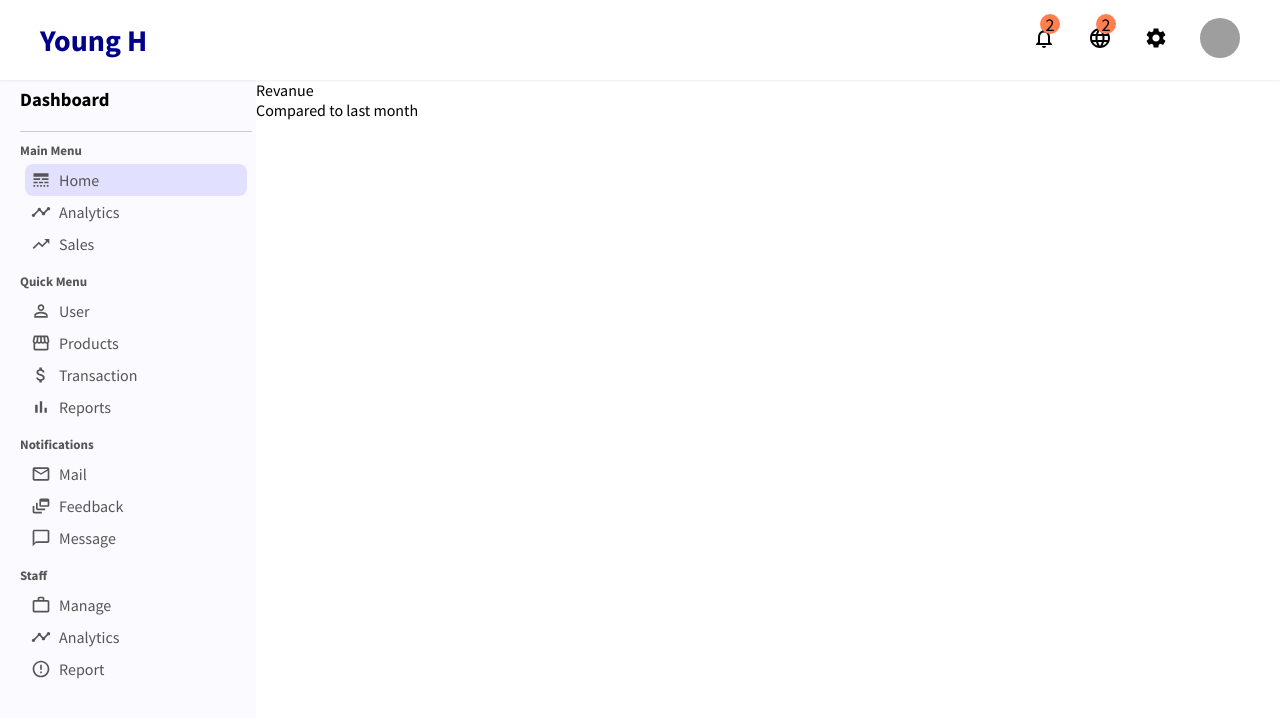
Repository: noname20011/admin
Page: /
The author's editor kept a copy of each file at every save. The page is drawn from the files as they stood at one save, then again after the next save.
The browser window is 1280 px wide. The pictures show the whole page.
Pictures or frames that could not be fetched are drawn as grey boxes. The project was rebuilt for these pictures with package versions that can differ from the ones it lists, and the page was loaded fresh each time.

Above is the page before, as saved 2021-11-13 11:02:59.

### public/index.html
<!DOCTYPE html>
<html lang="en">
  <head>
    <meta charset="utf-8" />
    <link rel="icon" href="%PUBLIC_URL%/favicon.ico" />
    <meta name="viewport" content="width=device-width, initial-scale=1" />
    <meta name="theme-color" content="#000000" />
    <meta
      name="description"
      content="Web site created using create-react-app"
    />
    <!-- GOOGLE FONTS -->
    <link href="https://fonts.googleapis.com/css2?family=Source+Sans+Pro:wght@200;300;400;600;700;900&display=swap" rel="stylesheet">
    <style>
      * {
        font-family: 'Source Sans Pro', sans-serif;
        padding: 0;
        margin: 0;
      }
    </style>
    <title>React Admin App</title>
  </head>
  <body>
    <div id="root"></div>
  </body>
</html>

### src/App.js
import Topbar from "./comopnents/topbar/Topbar";
import Sidebar from "./comopnents/sidebar/Sidebar";
import Home from "./pages/home/Home.jsx"
import './app.css'
function App() {
  return (
    <div>
      <Topbar/>
      <div className="container">
        <Sidebar/>
        <Home/>
      </div>
    </div>
  );
}

export default App;

### src/comopnents/topbar/Topbar.jsx
import React from 'react'
import './topbar.css'

import { Language, NotificationsNone, Settings  } from '@material-ui/icons'

export default function Topbar() {
    return (
        <div className="topbar">
            <div className="topbarWrapper">
                <div className="topLeft">
                    <div className="logo">Young H</div>
                </div>
                <div className="topRight">
                    <div className="topbarIconContainer">
                        <NotificationsNone/>
                        <div className="topIconsBadge">2</div>
                    </div>
                    <div className="topbarIconContainer">
                        <Language/>
                        <div className="topIconsBadge">2</div>
                    </div>
                    <div className="topbarIconContainer">
                        <Settings/>
                    </div>
                    <div>
                        <img src="https://images.pexels.com/photos/1526814/pexels-photo-1526814.jpeg?auto=compress&cs=tinysrgb&dpr=2&w=500" alt="admin" className="topAvatar"/>
                    </div>
                </div>
            </div>
        </div>
    )
}

### src/comopnents/sidebar/Sidebar.jsx
import { AttachMoney, BarChart, ChatBubbleOutline, DynamicFeed, ErrorOutline, LineStyle, MailOutlined, PersonOutline, Storefront, Timeline, TrendingUp,  WorkOutlineOutlined } from '@material-ui/icons'
import React from 'react'
import "./sidebar.css"
export default function Sidebar() {
    return (
        <div className="sidebar">
            <div className="sidebarWrapper">
                <h3 className="sidebarTitle">Dashboard</h3>
                <div className="sidebarMenu">
                    <h4 className="sidebarMenuTitle">Main Menu</h4>
                    <ul className="sidebarLists">
                        <li className="sidebarListItem active">
                            <LineStyle className="sidebarIcon"/>
                            Home
                        </li>
                        <li className="sidebarListItem">
                            <Timeline className="sidebarIcon"/>
                            Analytics
                        </li>
                        <li className="sidebarListItem">
                            <TrendingUp className="sidebarIcon"/>
                            Sales
                        </li>
                    </ul>
                </div>
                <div className="sidebarMenu">
                    <h4 className="sidebarMenuTitle">Quick Menu</h4>
                    <ul className="sidebarLists">
                        <li className="sidebarListItem">
                            <PersonOutline className="sidebarIcon"/>
                            User
                        </li>
                        <li className="sidebarListItem">
                            <Storefront className="sidebarIcon"/>
                            Products
                        </li>
                        <li className="sidebarListItem">
                            <AttachMoney className="sidebarIcon"/>
                            Transaction
                        </li>
                        <li className="sidebarListItem">
                            <BarChart className="sidebarIcon"/>
                            Reports
                        </li>
                    </ul>
                </div>
                <div className="sidebarMenu">
                    <h4 className="sidebarMenuTitle">Notifications</h4>
                    <ul className="sidebarLists">
                        <li className="sidebarListItem">
                            <MailOutlined className="sidebarIcon"/>
                            Mail
                        </li>
                        <li className="sidebarListItem">
                            <DynamicFeed className="sidebarIcon"/>
                            Feedback
                        </li>
                        <li className="sidebarListItem">
                            <ChatBubbleOutline className="sidebarIcon"/>
                            Message
                        </li>
                    </ul>
                </div>
                <div className="sidebarMenu">
                    <h4 className="sidebarMenuTitle">Staff</h4>
                    <ul className="sidebarLists">
                        <li className="sidebarListItem">
                            <WorkOutlineOutlined className="sidebarIcon"/>
                            Manage
                        </li>
                        <li className="sidebarListItem">
                            <Timeline className="sidebarIcon"/>
                            Analytics
                        </li>
                        <li className="sidebarListItem">
                            <ErrorOutline className="sidebarIcon"/>
                            Report
                        </li>
                    </ul>
                </div>
            </div>
        </div>
    )
}

### src/pages/home/Home.jsx
import "./home.css"
import Feature from "../../comopnents/featureInfo/Feature"

export default function Home() {
    return (
        <div className="home">
            <Feature/>
        </div>
    )
}

### src/app.css
ul, li {
    list-style: none;
}

a {
    text-decoration: none;
}

.container {
    display: flex;
}

.other {
    flex: 4;
}

### src/comopnents/topbar/topbar.css
.topbar {
    width: 100%;
    height: 80px;
    background: #fff;
    box-shadow: 0 .5px 2px rgba(0, 0, 0, 0.07);

    position: sticky;
    top: 0;
    z-index: 1000;
}

.topbarWrapper {
    height: 100%;
    padding: 0 40px;
    display: flex;
    justify-content: space-between;
    align-items: center;
}

.logo {
    font-weight: bold;
    font-size: 30px;
    color: darkblue;
    cursor: pointer;
}

.topRight {
    display: flex;
    align-items: center;
    column-gap: 2rem;
}
.topbarIconContainer {
    position: relative;
    cursor: pointer;
}

.topIconsBadge {
    font-size: 18px;
    position: absolute;
    top: -12px;
    right: -4px;

    width: 20px;
    height: 20px;
    background-color: coral;
    border-radius: 50%;

    display: flex;
    place-content: center;
    place-items: center;
}

.topAvatar {
    width: 40px;
    height: 40px;
    object-fit: cover;
    border-radius: 50%;
    cursor: pointer;
}

### src/comopnents/sidebar/sidebar.css
.sidebar {
    flex: 1;
    background-color: rgb(251, 251, 255);
    position: sticky;
    top: 80px;
    height: calc(100vh - 80px);
}

.sidebarWrapper {
    padding: 8px 4px 0 20px;
}

.sidebarTitle {
    padding-bottom: 20px;
    margin-bottom: 10px;
    border-bottom: 1px solid #ccc;
}

.sidebarMenu {
    margin-bottom: 8px;
}

.sidebarMenuTitle {
    color: #555;
    font-size: 13px;
}

.sidebarLists {
    padding: 5px;
}

.sidebarListItem {
    display: flex;
    align-items: center;
    column-gap: .5rem;

    padding: 6px;
    color: #555;
    cursor: pointer;
    border-radius: .5rem;
}

.sidebarListItem.active,
.sidebarListItem:hover {
    background-color: rgb(225, 225, 255);
}

.sidebarIcon {
    font-size: 20px!important;
}

### src/pages/home/home.css
.home {
    flex: 4;
}

### src/comopnents/featureInfo/Feature.jsx
import React from 'react'

export default function Feature() {
    return (
        <div className="featured">
            <div className="featuredItem">
                <span className="featuredTitle">Revanue</span>
                <div className="featuredMoneyContainer">
                    <span className="featuredMoney"></span>
                    <span className="featuredMoneyRate"></span>
                </div>
                <span className="featuredSub">Compared to last month</span>
            </div>
        </div>
    )
}

Loaded but not shown: src/index.js (common file)

After the next save:
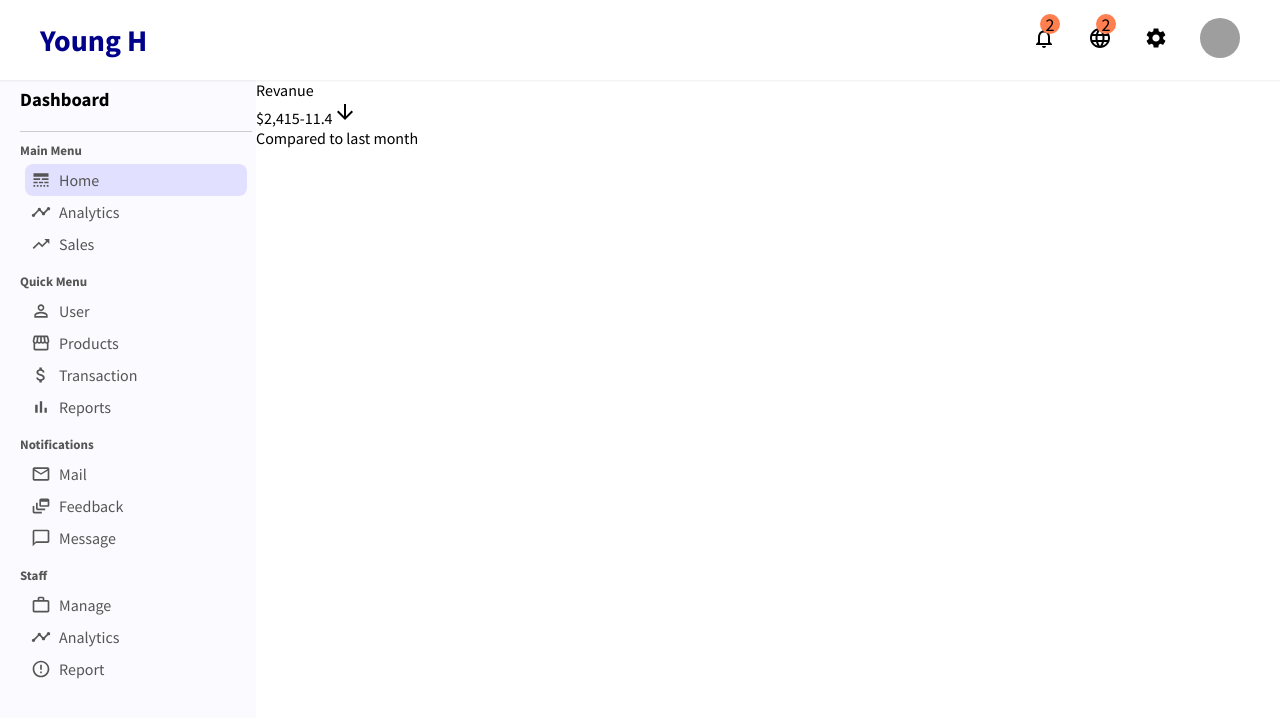
Saved 50 s later.
--- a/src/comopnents/featureInfo/Feature.jsx
+++ b/src/comopnents/featureInfo/Feature.jsx
@@ -1,3 +1,4 @@
+import { ArrowDownward } from '@material-ui/icons'
 import React from 'react'
 
 export default function Feature() {
@@ -6,8 +7,10 @@ export default function Feature() {
             <div className="featuredItem">
                 <span className="featuredTitle">Revanue</span>
                 <div className="featuredMoneyContainer">
-                    <span className="featuredMoney"></span>
-                    <span className="featuredMoneyRate"></span>
+                    <span className="featuredMoney">$2,415</span>
+                    <span className="featuredMoneyRate">-11.4
+                        <ArrowDownward/>
+                    </span>
                 </div>
                 <span className="featuredSub">Compared to last month</span>
             </div>
